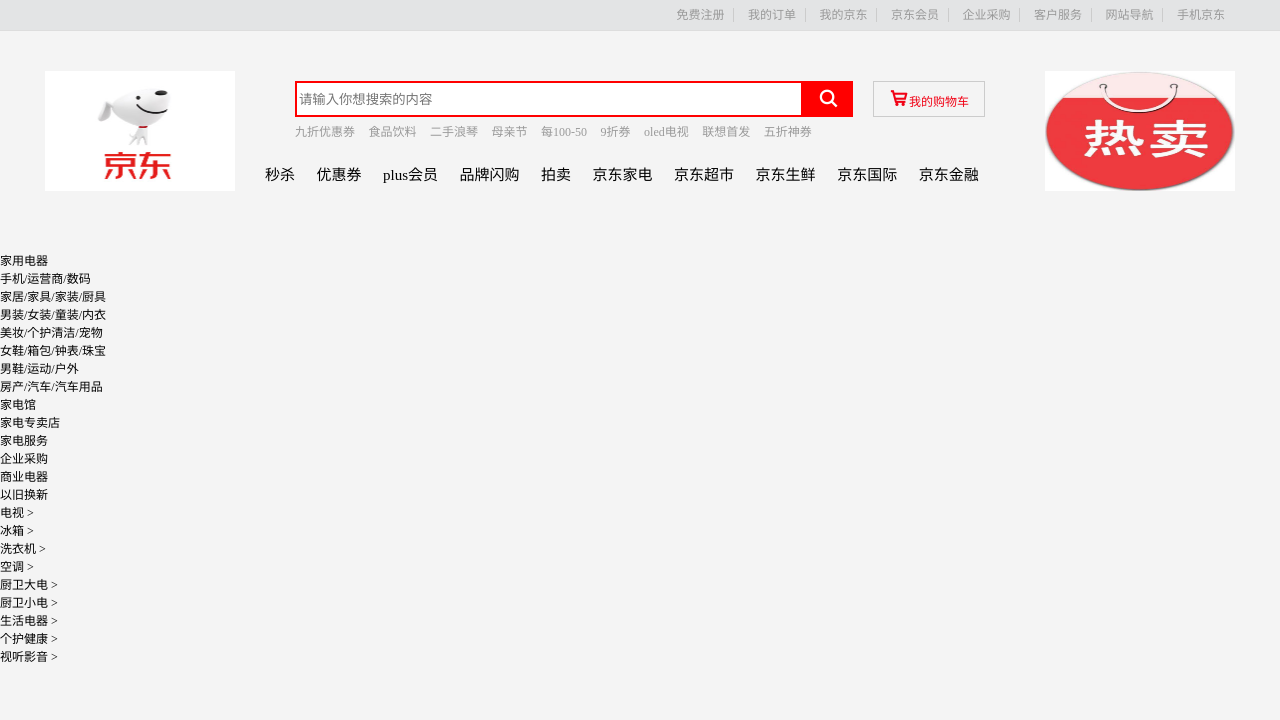
Repository: zhenzhen-gong/JDdemo
Page: index.html
An editor plug-in stored every save of this project. The page is shown before and after the next save, followed by the edit.
The browser window is 1280 px wide. The pictures show the whole page.

Above is the page before, as saved 2020-05-08 18:54:57.

After the next save:
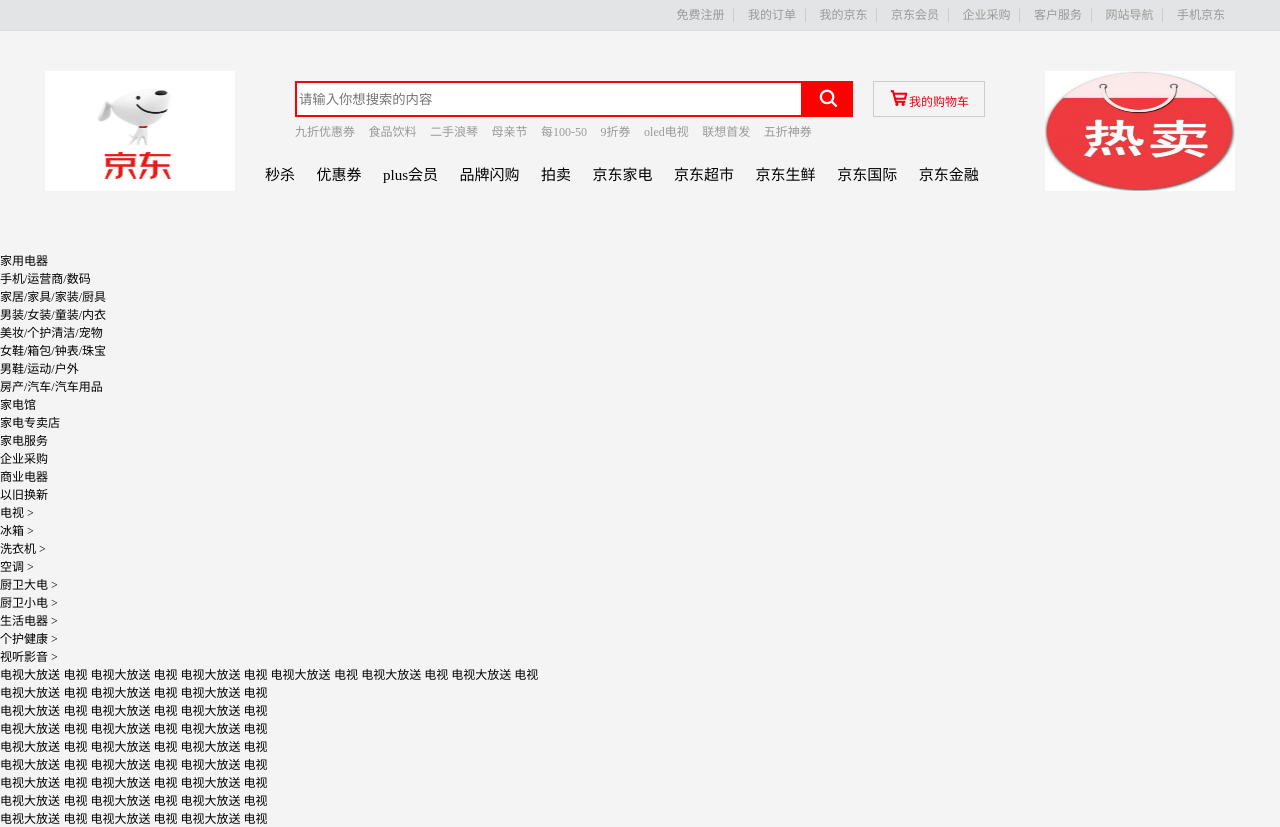
Saved 8 min 46 s later.
--- a/index.html
+++ b/index.html
@@ -95,17 +95,99 @@
                     </ul>
                 </div>
                 <div class="content-text">
-                     <dl>
-                         <dt><a href="#" target="_blank">电视 &gt;</a></dt>
-                         <dt><a href="#" target="_blank">冰箱 &gt;</a></dt>
-                         <dt><a href="#" target="_blank">洗衣机 &gt;</a></dt>
-                         <dt><a href="#" target="_blank">空调 &gt;</a></dt>
-                         <dt><a href="#" target="_blank">厨卫大电 &gt;</a></dt>
-                         <dt><a href="#" target="_blank">厨卫小电 &gt;</a></dt>
-                         <dt><a href="#" target="_blank">生活电器 &gt;</a></dt>
-                         <dt><a href="#" target="_blank">个护健康 &gt;</a></dt>
-                         <dt><a href="#" target="_blank">视听影音 &gt;</a></dt>
-                     </dl>
+                    <dl>
+                        <div class="dl-title">
+                            <dt><a href="#" target="_blank">电视 &gt;</a></dt>
+                            <dt><a href="#" target="_blank">冰箱 &gt;</a></dt>
+                            <dt><a href="#" target="_blank">洗衣机 &gt;</a></dt>
+                            <dt><a href="#" target="_blank">空调 &gt;</a></dt>
+                            <dt><a href="#" target="_blank">厨卫大电 &gt;</a></dt>
+                            <dt><a href="#" target="_blank">厨卫小电 &gt;</a></dt>
+                            <dt><a href="#" target="_blank">生活电器 &gt;</a></dt>
+                            <dt><a href="#" target="_blank">个护健康 &gt;</a></dt>
+                            <dt><a href="#" target="_blank">视听影音 &gt;</a></dt>
+                        </div>
+                        <div class="dl-text">
+                            <dd>
+                                <a href="#" target="_blank">电视大放送</a>
+                                <a href="#" target="_blank">电视 </a>
+                                <a href="#" target="_blank">电视大放送 </a>
+                                <a href="#" target="_blank">电视 </a>
+                                <a href="#" target="_blank">电视大放送 </a>
+                                <a href="#" target="_blank">电视 </a>
+                                <a href="#" target="_blank">电视大放送</a>
+                                <a href="#" target="_blank">电视 </a>
+                                <a href="#" target="_blank">电视大放送 </a>
+                                <a href="#" target="_blank">电视 </a>
+                                <a href="#" target="_blank">电视大放送 </a>
+                                <a href="#" target="_blank">电视 </a>
+                            </dd>
+                            <dd>
+                                <a href="#" target="_blank">电视大放送</a>
+                                <a href="#" target="_blank">电视 </a>
+                                <a href="#" target="_blank">电视大放送 </a>
+                                <a href="#" target="_blank">电视 </a>
+                                <a href="#" target="_blank">电视大放送 </a>
+                                <a href="#" target="_blank">电视 </a>
+                            </dd>
+                            <dd>
+                                <a href="#" target="_blank">电视大放送</a>
+                                <a href="#" target="_blank">电视 </a>
+                                <a href="#" target="_blank">电视大放送 </a>
+                                <a href="#" target="_blank">电视 </a>
+                                <a href="#" target="_blank">电视大放送 </a>
+                                <a href="#" target="_blank">电视 </a>
+                            </dd>
+                            <dd>
+                                <a href="#" target="_blank">电视大放送</a>
+                                <a href="#" target="_blank">电视 </a>
+                                <a href="#" target="_blank">电视大放送 </a>
+                                <a href="#" target="_blank">电视 </a>
+                                <a href="#" target="_blank">电视大放送 </a>
+                                <a href="#" target="_blank">电视 </a>
+                            </dd>
+                            <dd>
+                                <a href="#" target="_blank">电视大放送</a>
+                                <a href="#" target="_blank">电视 </a>
+                                <a href="#" target="_blank">电视大放送 </a>
+                                <a href="#" target="_blank">电视 </a>
+                                <a href="#" target="_blank">电视大放送 </a>
+                                <a href="#" target="_blank">电视 </a>
+                            </dd>
+                            <dd>
+                                <a href="#" target="_blank">电视大放送</a>
+                                <a href="#" target="_blank">电视 </a>
+                                <a href="#" target="_blank">电视大放送 </a>
+                                <a href="#" target="_blank">电视 </a>
+                                <a href="#" target="_blank">电视大放送 </a>
+                                <a href="#" target="_blank">电视 </a>
+                            </dd>
+                            <dd>
+                                <a href="#" target="_blank">电视大放送</a>
+                                <a href="#" target="_blank">电视 </a>
+                                <a href="#" target="_blank">电视大放送 </a>
+                                <a href="#" target="_blank">电视 </a>
+                                <a href="#" target="_blank">电视大放送 </a>
+                                <a href="#" target="_blank">电视 </a>
+                            </dd>
+                            <dd>
+                                <a href="#" target="_blank">电视大放送</a>
+                                <a href="#" target="_blank">电视 </a>
+                                <a href="#" target="_blank">电视大放送 </a>
+                                <a href="#" target="_blank">电视 </a>
+                                <a href="#" target="_blank">电视大放送 </a>
+                                <a href="#" target="_blank">电视 </a>
+                            </dd>
+                            <dd>
+                                <a href="#" target="_blank">电视大放送</a>
+                                <a href="#" target="_blank">电视 </a>
+                                <a href="#" target="_blank">电视大放送 </a>
+                                <a href="#" target="_blank">电视 </a>
+                                <a href="#" target="_blank">电视大放送 </a>
+                                <a href="#" target="_blank">电视 </a>
+                            </dd>
+                        </div>
+                    </dl>
                 </div>
             </div>
             <div class="slider"></div>
